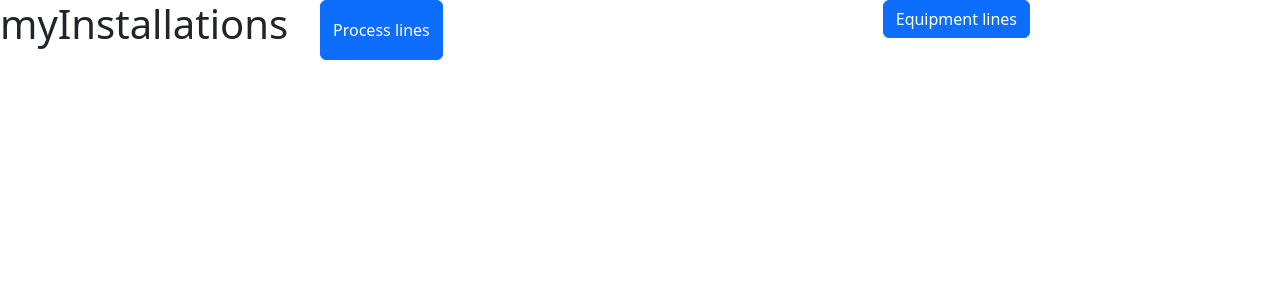
Repository: sreech465/evin3
Page: /equipment
An editor plug-in stored every save of this project. The page is shown before and after the next save, followed by the edit.
The browser window is 1280 px wide. The pictures show the whole page.
The page's requests for data from a server got no answer. The project was rebuilt for these pictures with package versions that can differ from the ones it lists, and the page was loaded fresh each time. No one was signed in, and anything a server would have sent is missing. Also part of the build but not shown: src/Login.js, src/Display.js, src/Details.js, src/CustomSearchBar.js, src/Process.js, src/Learning.js, src/ProcessDetails.js, src/EquipDetails.js.

Above is the page before, as saved 2022-10-29 08:23:15.

### src/index.js
import React from "react";
import ReactDOM from "react-dom/client";
import "./index.css";
import App from "./App";
import reportWebVitals from "./reportWebVitals";
import { Provider } from "react-redux";
import store from "./store";
import "bootstrap/dist/css/bootstrap.min.css";
const root = ReactDOM.createRoot(document.getElementById("root"));
root.render(
  <React.StrictMode>
    <Provider store={store}>
      <App />
    </Provider>
  </React.StrictMode>
);

// If you want to start measuring performance in your app, pass a function
// to log results (for example: reportWebVitals(console.log))
// or send to an analytics endpoint. Learn more: https://bit.ly/CRA-vitals
reportWebVitals();

### src/App.js
import React from "react";
import { Routes, Route } from "react-router-dom";
import { BrowserRouter } from "react-router-dom";
import Login from "./Login";
import Display from "./Display";
import Details from "./Details";
import Process from "./Process";
import Equipment from "./Equipment";
import Learning from "./Learning";
import ProcessDetails from "./ProcessDetails";
import EquipDetails from "./EquipDetails";

const App = () => {
  return (
    <div className="App">
      <BrowserRouter>
        <Routes>
          <Route path="/" element={<Login />} />
          <Route path="/display" element={<Display />} />
          <Route path="/details" element={<Details />} />
          <Route path="/pdetails" element={<Process />} />
          <Route path="/elearning" element={<Learning />} />
          <Route path="/equipment" element={<Equipment />} />
          <Route path="/pdetails/:id" element={<ProcessDetails />} />
          <Route path="/equipment/:id" element={<EquipDetails />} />
        </Routes>
      </BrowserRouter>
    </div>
  );
};

export default App;

### src/store.js
import { applyMiddleware, createStore } from "redux";
import thunk from "redux-thunk";

import { singleReducer } from "./combineReducer";

const store = createStore(singleReducer, applyMiddleware(thunk));

export default store;

### src/Equipment.js
import React, { useEffect } from "react";
import { useSelector, useDispatch } from "react-redux";
import { getEquipmentDetails } from "./Actions";
import Headertabs from "./Headertabs";
import { Link } from "react-router-dom";

const Equipment = () => {
  const dispatch = useDispatch();

  const access_token = useSelector(
    (state) => state.LoginReducer.auth.access_token
  );

  const EquipmentList = useSelector((state) => state.EquipmentReducer.Data102);
  console.log(EquipmentList);

  useEffect(() => {
    dispatch(getEquipmentDetails(access_token));
  }, []);

  return (
    <>
      <Headertabs />
      {/* <div>
        <Routes>
          <Route path="/equipment" element={<Equipment />} />
        </Routes>
      </div> */}

      <>
        {EquipmentList &&
          EquipmentList.data.results.length > 0 &&
          EquipmentList.data.results.map((element) => {
            return (
              <>
                <div class="card" style={{ display: "flex" }}>
                  <img
                    style={{ width: 70, height: 40 }}
                    class="card-img-top"
                    src={element.equipment_image}
                    alt="Card image cap"
                  />
                  <div class="card-body">
                    <h5 class="card-title">{element.equipment_id}</h5>
                    <p class="card-text">
                      {element.line_org_location} {element.installed_by_name}.
                    </p>
                    <Link to={`/equipment/${element.id}`}>
                      <button class="btn btn-primary">Details</button>
                    </Link>
                  </div>
                </div>
              </>
            );
          })}
      </>
      {/* ) : ( "loading" ); */}
    </>
  );
};

export default Equipment;

### src/combineReducer.js
import { combineReducers } from "redux";
import {
  equipmentReducer,
  equipmentReducer1,
  LoginReducer,
  processReducer,
  processReducer1,
  projectReducer,
} from "./Reducer";

export const singleReducer = combineReducers({
  LoginReducer: LoginReducer,
  ProjectReducer: projectReducer,
  ProcessReducer: processReducer,
  ProcessReducer1: processReducer1,
  EquipmentReducer: equipmentReducer,
  EquipmentReducer1: equipmentReducer1,
});

### src/Actions.js
import axios from "axios";

import {
  LOGIN_SUCESS,
  PROCESS_SUCESS,
  PROJECT_SUCESSC,
  EQUIPMENT_SUCESS,
  EQUIPMENT_SUCESSC,
  PROJECT_SUCESS,
} from "./types";

const apiBaseUrl = "http://52.139.224.15:81/account/";
const adminbaseurl = "http://52.139.224.15:81/";
const baseUrl = "http://52.139.224.15:81/account/login/";

export const loginAction = (username, password, navigate) => {
  console.log(username, password, "action");
  return async (dispatch) => {
    const formData = {
      username: username,
      password: password,
    };

    try {
      await axios.post(baseUrl, formData).then((response) => {
        console.log("response from api", response.data);
        if (response.status == 200) {
          dispatch({ type: LOGIN_SUCESS, payload: response.data });
          navigate("/display");
        }
      });
    } catch (err) {
      console.log(err);
    }
  };
};

export const getProjectDetails = (access_token) => {
  console.log(access_token);
  return async (dispatch) => {
    let config = {
      headers: { Authorization: `Bearer ${access_token}` },
    };

    try {
      await axios
        .get(
          "http://52.139.224.15:81/my_project_list/?search=&page=1&ordering=-id&project_status=&solution_org=",
          config
        )
        .then((response) => {
          console.log("response from api", response);
          if (response.status == 200) {
            dispatch({ type: PROCESS_SUCESS, payload: response });
          }
        });
    } catch (err) {
      console.log(err);
    }
  };
};

export const getProcesslines = (access_token) => {
  console.log(access_token);
  return async (dispatch) => {
    let config = {
      headers: { Authorization: `Bearer ${access_token}` },
    };

    try {
      await axios
        .get(
          "http://52.139.224.15:81/end_user/process_line/?primary_product=all&org_location=&query=&page=1&sort_by=-id&installed_by=",
          config
        )
        .then((response) => {
          console.log("response from api", response);
          if (response.status == 200) {
            dispatch({ type: PROJECT_SUCESS, payload: response });
          }
        });
    } catch (err) {
      console.log(err);
    }
  };
};

export const getProcesslines1 = (access_token, id) => {
  console.log(access_token);
  console.log(id);

  return async (dispatch) => {
    let config = {
      headers: { Authorization: `Bearer ${access_token}` },
    };

    try {
      await axios
        .get(
          `http://52.139.224.15:81/end_user/process_line/?line_id=${id}`,
          config
        )
        .then((response) => {
          console.log("response from api", response);
          if (response.status == 200) {
            dispatch({ type: PROJECT_SUCESSC, payload: response });
          }
        });
    } catch (err) {
      console.log(err);
    }
  };
};

export const getEquipmentDetails = (access_token) => {
  console.log(access_token);
  return async (dispatch) => {
    let config = {
      headers: { Authorization: `Bearer ${access_token}` },
    };

    try {
      await axios
        .get(
          "http://52.139.224.15:81/tagged_equipment_list/?search=&page=1&ordering=-status&process_line__org_location__name=&process_line__name=&system=&oem_org_id=&process_line__primary_product_ref__name=&equipment_select=&process_line__installed_by=",
          config
        )
        .then((response) => {
          console.log("response from api", response);
          if (response.status == 200) {
            dispatch({ type: EQUIPMENT_SUCESS, payload: response });
          }
        });
    } catch (err) {
      console.log(err);
    }
  };
};

export const getEquipmentDetails1 = (access_token, id) => {
  console.log(access_token);
  console.log(id);
  return async (dispatch) => {
    let config = {
      headers: { Authorization: `Bearer ${access_token}` },
    };

    try {
      await axios
        .get(
          `http://52.139.224.15:81/tagged_equipment_list/?installed_equipment_id=${id}`,
          config
        )
        .then((response) => {
          console.log("response from api", response);
          if (response.status == 200) {
            dispatch({ type: EQUIPMENT_SUCESSC, payload: response });
          }
        });
    } catch (err) {
      console.log(err);
    }
  };
};

### src/Headertabs.js
import React from "react";
import "./styles.css";
import { Link } from "react-router-dom";

const Headertabs = () => {
  return (
    <>
      <div style={{ display: "flex" }}>
        <h1>myInstallations</h1>
        <nav className="nav">
          <ul
            style={{
              textDecoration: "none",
              display: "flex",
              justifyContent: "space-around",
            }}
          >
            <li style={{ listStyleType: "none" }}>
              <Link to="/pdetails">
                <button style={{ height: 60 }} className="btn btn-primary">
                  Process lines
                </button>
              </Link>
            </li>
            <li style={{ listStyleType: "none", marginLeft: 440 }}>
              <Link to="/equipment">
                <button className="btn btn-primary">Equipment lines</button>
              </Link>
            </li>
          </ul>
        </nav>
      </div>
    </>
  );
};

export default Headertabs;

### src/Reducer.js
import {
  EQUIPMENT_SUCESS,
  EQUIPMENT_SUCESSC,
  LOGIN_SUCESS,
  PROCESS_SUCESS,
  PROJECT_SUCESS,
  PROJECT_SUCESSC,
} from "./types";
const initialState = {
  auth: {
    access_token: "",
    username: "",
    role_permissions: [],
  },
  Data100: "",
};

export const LoginReducer = (state = initialState, action) => {
  // console.log(action);

  switch (action.type) {
    case LOGIN_SUCESS:
      return {
        ...state,

        auth: action.payload,
      };

    default:
      return state;
  }
};

export const projectReducer = (state = initialState, action) => {
  // console.log(action);

  switch (action.type) {
    case PROCESS_SUCESS:
      return {
        ...state,

        Data100: action.payload,
      };

    default:
      return state;
  }
};

export const processReducer = (state = initialState, action) => {
  // console.log(action);

  switch (action.type) {
    case PROJECT_SUCESS:
      return {
        ...state,

        Data101: action.payload,
      };

    default:
      return state;
  }
};

export const processReducer1 = (state = initialState, action) => {
  // console.log(action);

  switch (action.type) {
    case PROJECT_SUCESSC:
      return {
        ...state,

        TOM: action.payload,
      };

    default:
      return state;
  }
};

export const equipmentReducer = (state = initialState, action) => {
  // console.log(action);

  switch (action.type) {
    case EQUIPMENT_SUCESS:
      return {
        ...state,

        Data102: action.payload,
      };

    default:
      return state;
  }
};

export const equipmentReducer1 = (state = initialState, action) => {
  // console.log(action);

  switch (action.type) {
    case EQUIPMENT_SUCESSC:
      return {
        ...state,

        JERRY: action.payload,
      };

    default:
      return state;
  }
};

### src/types.js
export const LOGIN_SUCESS = "LOGIN_SUCESS";
export const PROCESS_SUCESS = "PROCESS_SUCESS";
export const PROJECT_SUCESS = "PROJECT_SUCESS";
export const EQUIPMENT_SUCESS = "EQUIPMENT_SUCESS";
export const EQUIPMENT_SUCESSC = "EQUIPMENT_SUCESSC";
export const PROJECT_SUCESSC = "PROJECT_SUCESSC";

### src/styles.css
* {
    box-sizing: border-box;
}

body {
    margin:0;

}

.nav {
    background-color:'white';
    color:white;
    display: flex;
    justify-content: space-between;
    align-items: center;
    gap: 2rem;
    padding: 0 1rem;
}

.nav a {
    color:inherit
}

Loaded but not shown: public/index.html (common file); src/index.css (common file); src/reportWebVitals.js (common file)

After the next save:
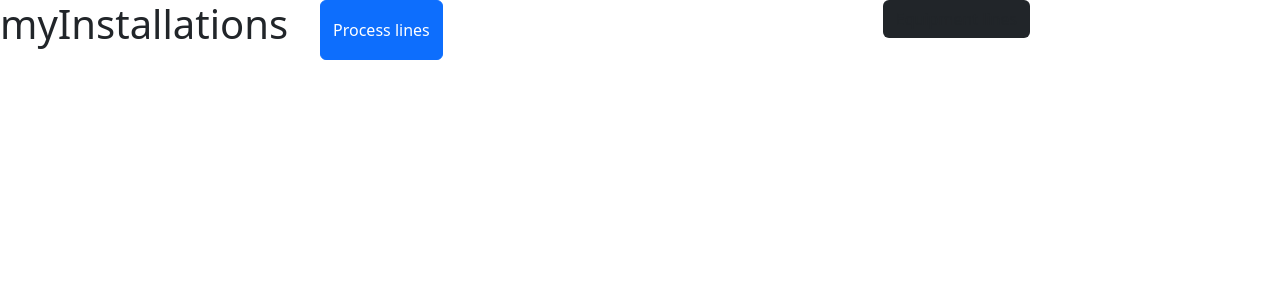
Saved 62 s later.
--- a/src/Headertabs.js
+++ b/src/Headertabs.js
@@ -24,7 +24,9 @@ const Headertabs = () => {
             </li>
             <li style={{ listStyleType: "none", marginLeft: 440 }}>
               <Link to="/equipment">
-                <button className="btn btn-primary">Equipment lines</button>
+                <button className="btn btn-text-white bg-dark">
+                  Equipment lines
+                </button>
               </Link>
             </li>
           </ul>
